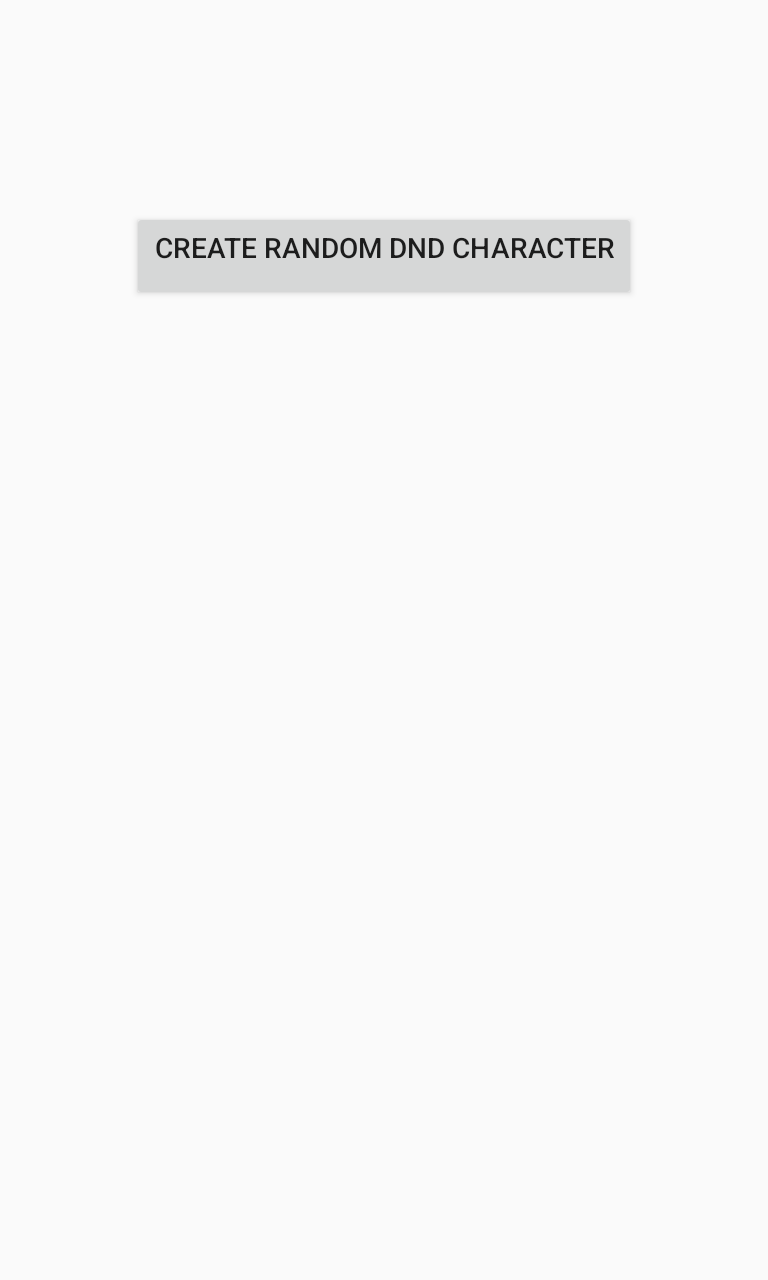
Repository: Vortelf/DnDAndroid
Layout: BuildApp/DnD/res/layout/activity_random_char.xml
These files come from the project's save history. The layout is drawn as it stood at one moment and after the next save; the edit follows.
It is drawn on a 768 x 1280 px phone screen (xhdpi) without system bars, with theme AppTheme; the app's code is not run.

Above is the layout before, as saved 2014-11-08 13:35:19.

### BuildApp/DnD/res/layout/activity_random_char.xml
<RelativeLayout xmlns:android="http://schemas.android.com/apk/res/android"
    xmlns:tools="http://schemas.android.com/tools"
    android:layout_width="match_parent"
    android:layout_height="match_parent"
    android:paddingBottom="@dimen/activity_vertical_margin"
    android:paddingLeft="@dimen/activity_horizontal_margin"
    android:paddingRight="@dimen/activity_horizontal_margin"
    android:paddingTop="@dimen/activity_vertical_margin"
    tools:context="vortelf.dnd.RandomCharActivity" >

    <Button
        android:id="@+id/button1"
        android:layout_width="wrap_content"
        android:layout_height="wrap_content"
        android:layout_alignParentTop="true"
        android:layout_centerHorizontal="true"
        android:layout_marginTop="88dp"
        android:text="@string/random_button"
        android:gravity="center_horizontal"/>

</RelativeLayout>

### BuildApp/DnD/res/values/strings.xml
<?xml version="1.0" encoding="utf-8"?>
<resources>

    <string name="app_name">DnD</string>
    <string name="action_settings">Settings</string>
	<string name="random_button">Create Random DnD Character</string>
</resources>

Loaded but not shown: BuildApp/DnD/res/values/styles.xml (common file); BuildApp/DnD/res/values-v11/styles.xml (common file); BuildApp/DnD/res/values-v14/styles.xml (common file); BuildApp/DnD/res/values/dimens.xml (common file); BuildApp/DnD/res/values-w820dp/dimens.xml (common file)

After the next save:
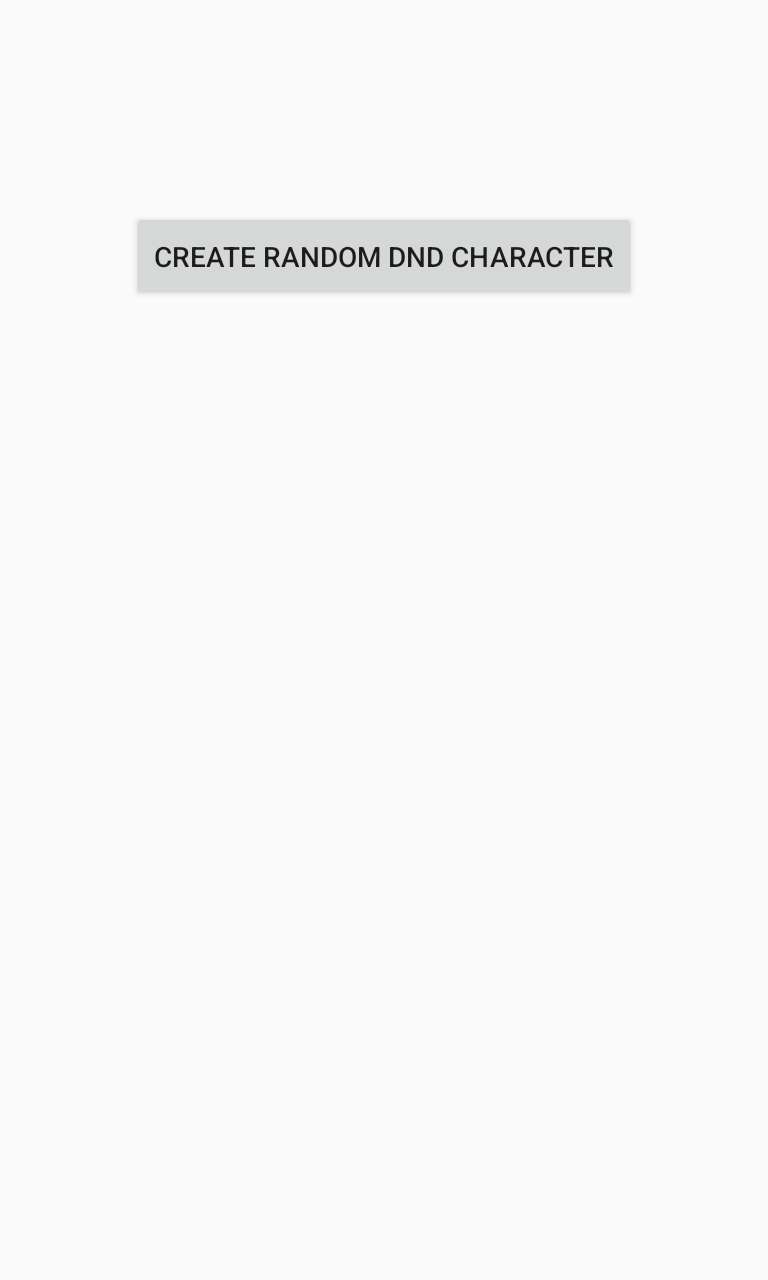
Saved 27 s later.
--- a/BuildApp/DnD/res/layout/activity_random_char.xml
+++ b/BuildApp/DnD/res/layout/activity_random_char.xml
@@ -16,6 +16,7 @@
         android:layout_centerHorizontal="true"
         android:layout_marginTop="88dp"
         android:text="@string/random_button"
-        android:gravity="center_horizontal"/>
+        android:gravity="center_horizontal"
+        android:gravity="center_vertical"/>
 
 </RelativeLayout>

After the 3 saves that followed:
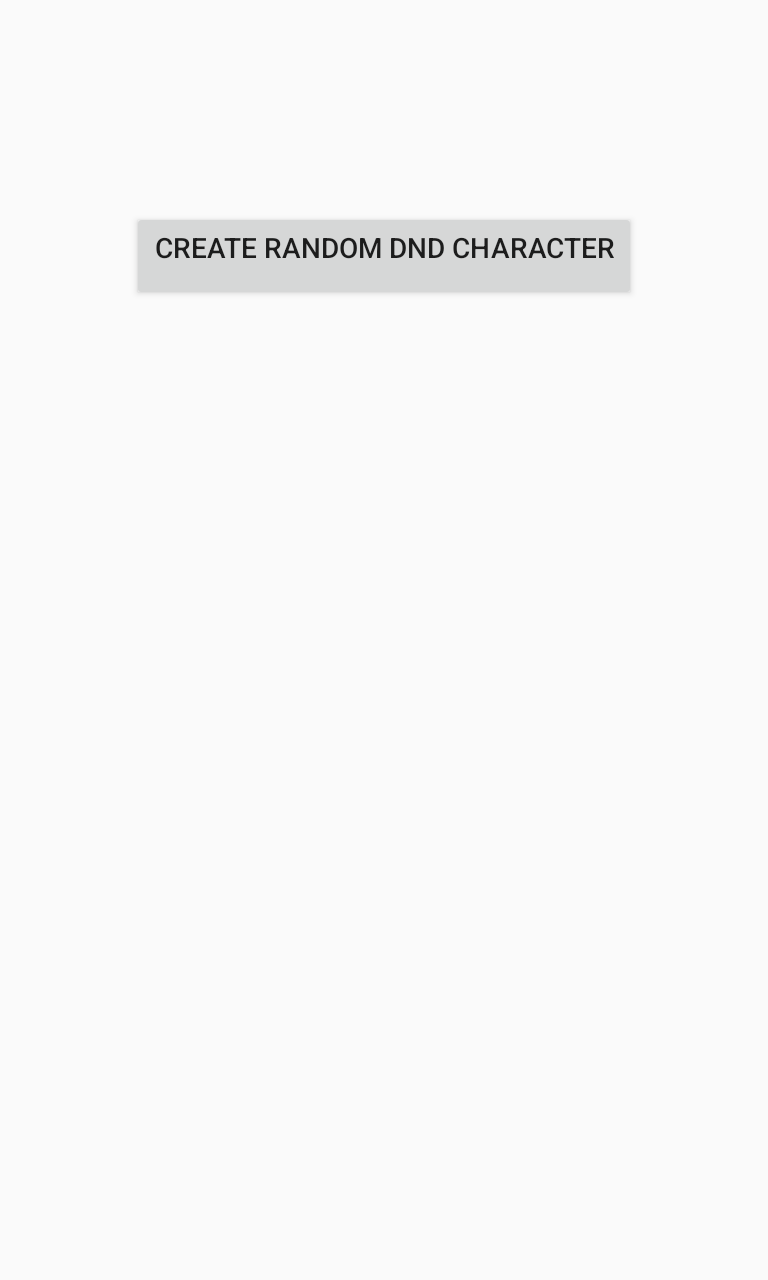
The 3 saves are shown as one change because 2 left the picture as it was.
The last was saved 61 s later.
--- a/BuildApp/DnD/res/layout/activity_random_char.xml
+++ b/BuildApp/DnD/res/layout/activity_random_char.xml
@@ -16,7 +16,6 @@
         android:layout_centerHorizontal="true"
         android:layout_marginTop="88dp"
         android:text="@string/random_button"
-        android:gravity="center_horizontal"
-        android:gravity="center_vertical"/>
+        android:gravity="center_horizontal" />
 
 </RelativeLayout>
